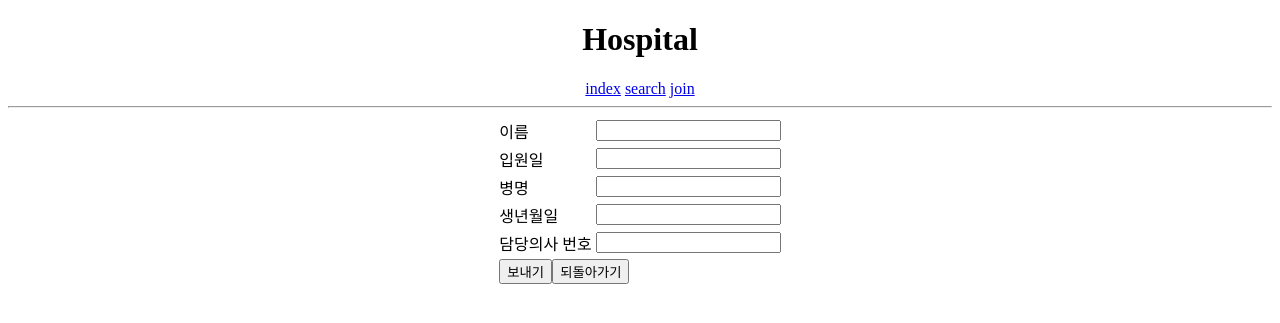
Repository: kimgh06/jsp_teamwork
Page: http://localhost/hospital/join.jsp
An editor plug-in stored every save of this project. The page is shown before and after the next save, followed by the edit.
The browser window is 1280 px wide. The pictures show the whole page.
The page is served by Tomcat 9. Other server files are loaded and not shown.

Above is the page before, as saved 2023-06-14 01:58:43.

### hospital/src/main/webapp/join.jsp
<%@ page language="java" contentType="text/html; charset=EUC-KR"
    pageEncoding="EUC-KR"%>
<!DOCTYPE html>
<html>
<head>
<meta charset="EUC-KR">
<title>Insert title here</title>
</head>
<body>
<jsp:include page="./header.jsp"></jsp:include>
<form method="post" action="i_action.jsp" name="frm" style="display: flex; justify-content: center; align-items: center">
<table>
	<tr><td>이름</td><td><input name="name"/></td></tr>
	<tr><td>입원일</td><td><input name="clinicdate"/></td></tr>
	<tr><td>병명</td><td><input name="reason"/></td></tr>
	<tr><td>생년월일</td><td><input placeholder name="birthday"/></td></tr>
	<tr><td>담당의사 번호</td><td><input name="doctornum"/></td></tr>
	<tr><td colspan="2"><input type="button" value="보내기"><input type="button" value="되돌아가기"></td></tr>
</table>
</form>
</html>

### hospital/src/main/webapp/header.jsp
<%@ page language="java" contentType="text/html; charset=EUC-KR"
    pageEncoding="EUC-KR"%>
<!DOCTYPE html>
<html>
<head>
<meta charset="EUC-KR">
<title>Hospital</title>
</head>
<body>
<header style="text-align:center">
<h1>Hospital</h1>
<a href="./index.jsp">index</a>
<a href="./search.jsp">search</a>
<a href="./join.jsp">join</a>
<hr>
</header>
</body>
</html>

After the next save:
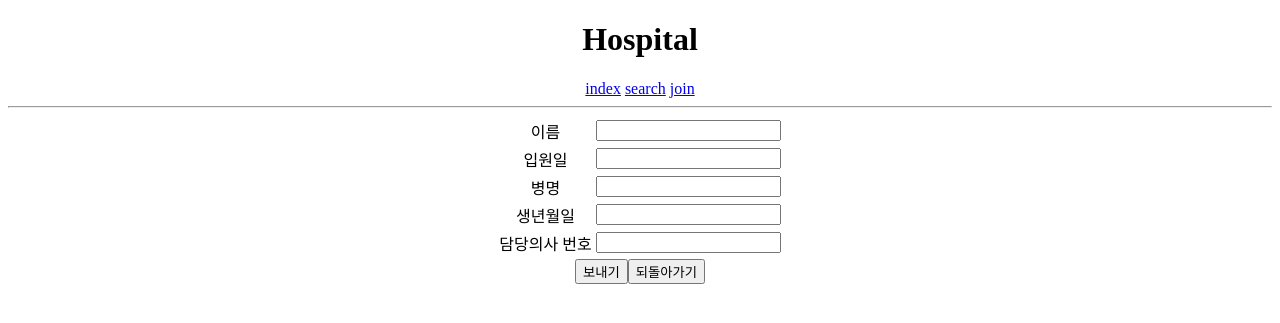
Saved 29 s later.
--- a/hospital/src/main/webapp/join.jsp
+++ b/hospital/src/main/webapp/join.jsp
@@ -9,7 +9,7 @@
 <body>
 <jsp:include page="./header.jsp"></jsp:include>
 <form method="post" action="i_action.jsp" name="frm" style="display: flex; justify-content: center; align-items: center">
-<table>
+<table style="text-align: center">
 	<tr><td>이름</td><td><input name="name"/></td></tr>
 	<tr><td>입원일</td><td><input name="clinicdate"/></td></tr>
 	<tr><td>병명</td><td><input name="reason"/></td></tr>

After the save that followed:
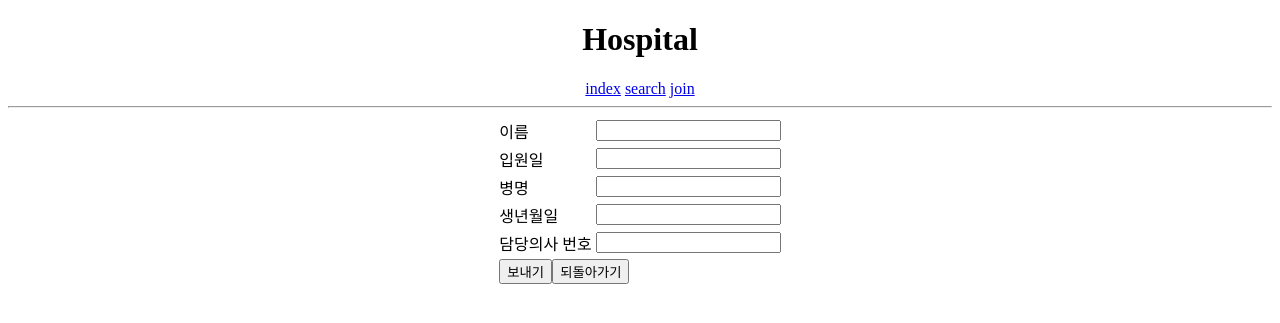
Saved 15 s later.
--- a/hospital/src/main/webapp/join.jsp
+++ b/hospital/src/main/webapp/join.jsp
@@ -9,13 +9,13 @@
 <body>
 <jsp:include page="./header.jsp"></jsp:include>
 <form method="post" action="i_action.jsp" name="frm" style="display: flex; justify-content: center; align-items: center">
-<table style="text-align: center">
+<table>
 	<tr><td>이름</td><td><input name="name"/></td></tr>
 	<tr><td>입원일</td><td><input name="clinicdate"/></td></tr>
 	<tr><td>병명</td><td><input name="reason"/></td></tr>
 	<tr><td>생년월일</td><td><input placeholder name="birthday"/></td></tr>
 	<tr><td>담당의사 번호</td><td><input name="doctornum"/></td></tr>
-	<tr><td colspan="2"><input type="button" value="보내기"><input type="button" value="되돌아가기"></td></tr>
+	<tr><td colspan="2" style='margin:auto'><input type="button" value="보내기"><input type="button" value="되돌아가기"></td></tr>
 </table>
 </form>
 </html>
